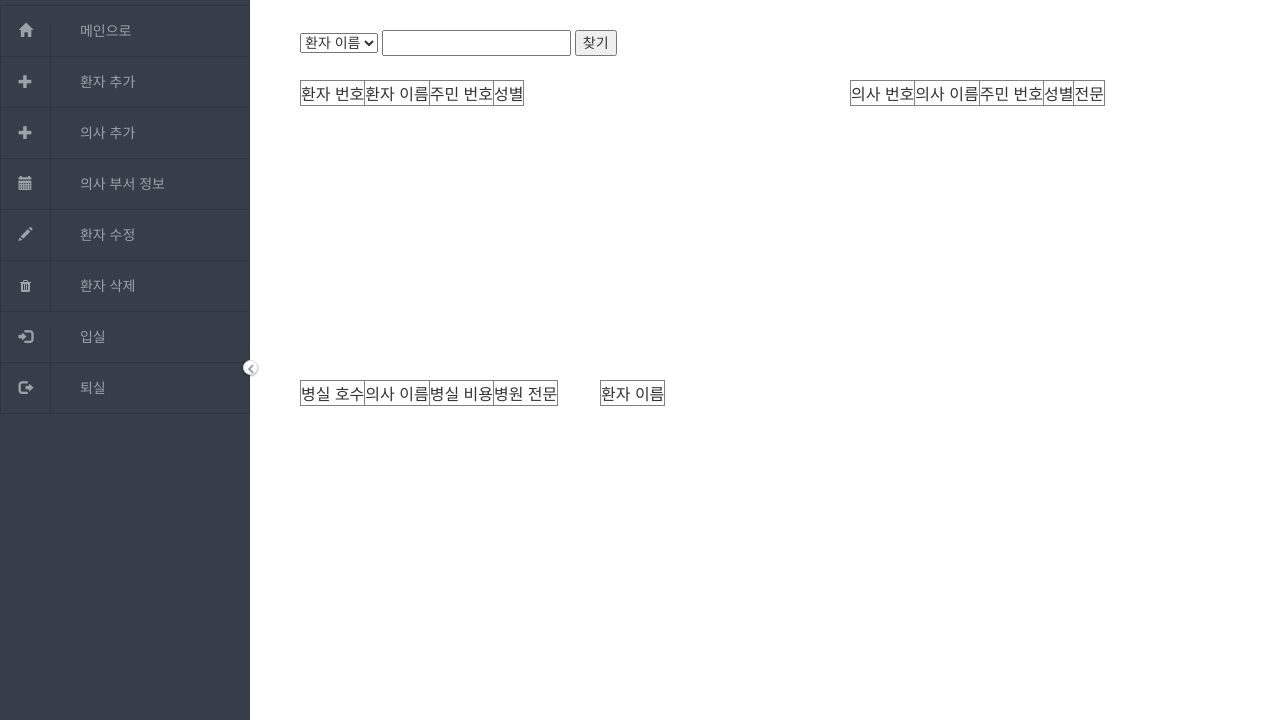
Repository: qaws1134/Hospital_manager
Page: http://localhost/project/main.jsp
These files come from the project's save history. The page is drawn as it stood at one moment and after the next save; the edit follows.
The browser window is 1280 px wide. The pictures show the whole page.
Some web libraries are served in a nearby version. The page is served by Tomcat 9. The template is opened directly, without the code that normally fills it, so the values that code supplies are empty.

Above is the page before, as saved 2017-12-09 16:08:35.
Console error (its wording comes from the project's code and is left out).

After the next save:
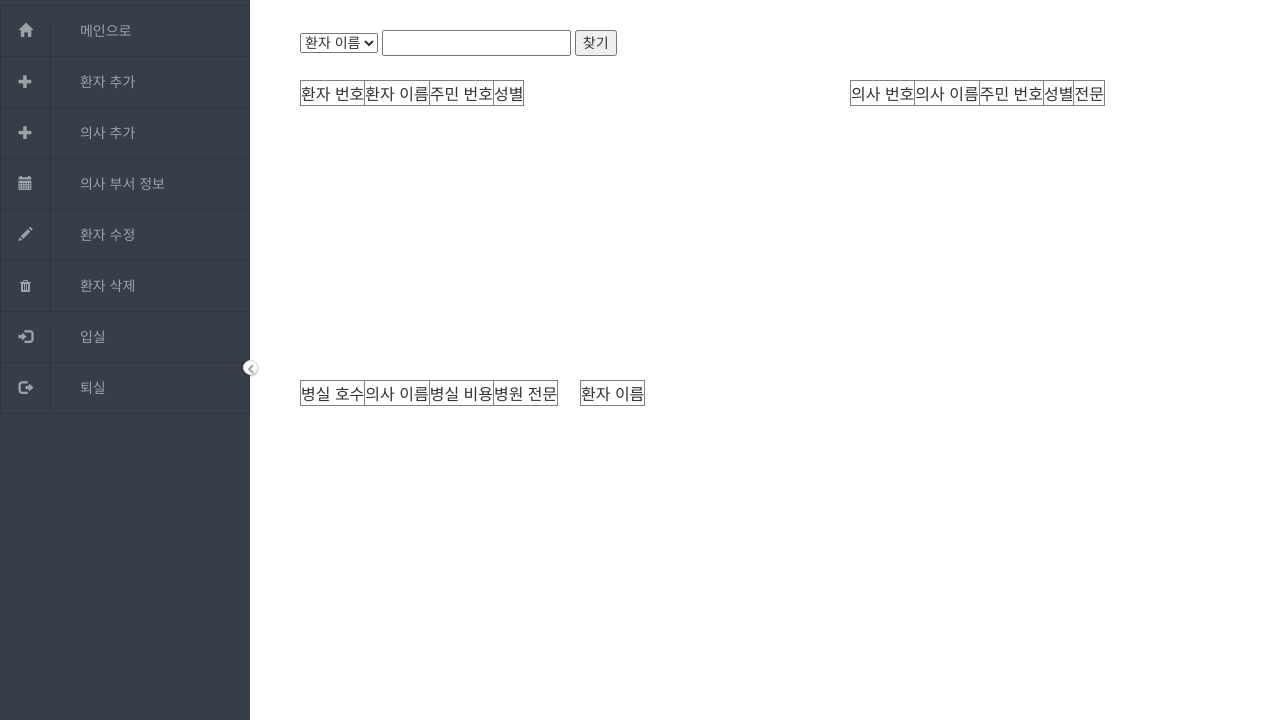
Saved 7 s later.
--- a/project/WebContent/main.jsp
+++ b/project/WebContent/main.jsp
@@ -282,7 +282,7 @@ nav ul li a span {
 		</c:forEach>
       </table>
 </section>
-<section style="position:absolute; top:380px;left:600px">
+<section style="position:absolute; top:380px;left:580px">
       <table border="1">
       	<tr>
       		<td>환자 이름</td>
